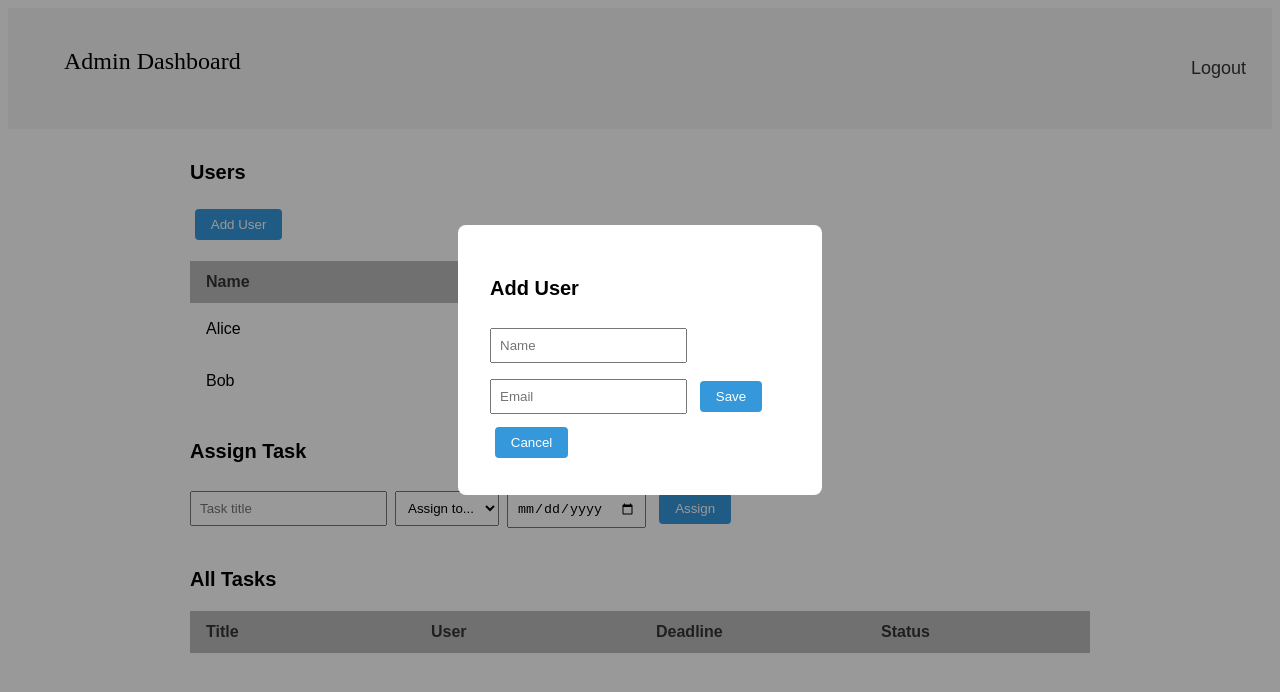
Repository: Edmund-Kiama/todoPHP
Page: /admin (app in task-manager-frontend/), after clicking the first element matching `section.section > button`
An editor plug-in stored every save of this project. The page is shown before and after the next save, followed by the edit.
The browser window is 1280 px wide. The pictures show the whole page.
The project was rebuilt for these pictures with package versions that can differ from the ones it lists, and the page was loaded fresh each time. Also part of the build but not shown: task-manager-frontend/vite.config.js, task-manager-frontend/src/components/Login/login.css, task-manager-frontend/src/components/Login/Login.vue, task-manager-frontend/src/components/User/UserDashboard.vue.

Above is the page before, as saved 2025-07-12 21:29:59.

### task-manager-frontend/src/App.vue
<script setup>
  import Navbar from './components/Navbar/Navbar.vue';
  import { store } from './store';
</script>

<template>
  <Navbar />
  <router-view />
</template>

### task-manager-frontend/src/router/index.js
import { createRouter, createWebHistory } from 'vue-router';
import Login from '../components/Login/Login.vue';
import AdminDashboard from '../components/Admin/AdminDashboard.vue';
import UserDashboard from '../components/User/UserDashboard.vue';

const routes = [
  { path: '/', name: 'Login', component: Login },
  { path: '/admin', name: 'AdminDashboard', component: AdminDashboard },
  { path: '/user', name: 'UserDashboard', component: UserDashboard }
];

const router = createRouter({
  history: createWebHistory(),
  routes
});

export default router;

### task-manager-frontend/src/components/Navbar/Navbar.vue

<template>
  <nav v-if="store.user.loggedIn" class="navbar">
    <ul>
      <li v-if="user.role === 'admin'">Admin Dashboard</li>
      <li v-if="user.role === 'user'">User Dashboard</li>
      <li><button @click="logout">Logout</button></li>
    </ul>
  </nav>
</template>

<script setup>
  import "./nav.css"
  import { store } from '../../store'
  import { useRouter } from 'vue-router'

  const router = useRouter()

  const user = store.user
  if (!user.loggedIn) router.push('/')

  function logout() {
    store.user.role = null
    store.user.loggedIn = false
    localStorage.removeItem('token')
    router.push('/')
  }
</script>

### task-manager-frontend/src/store.js
import { reactive } from 'vue'

export const store = reactive({
  user: {
    role: "admin",
    loggedIn: true,
    username: null
  },
})

### task-manager-frontend/src/components/Admin/AdminDashboard.vue
<script setup>
  import './admin.css'

  import { ref } from 'vue';

  const users = ref([
    { name: 'Alice', email: 'alice@example.com' },
    { name: 'Bob', email: 'bob@example.com' }
  ]);

  const tasks = ref([]);

  const taskForm = ref({
    title: '',
    user: '',
    deadline: '',
    status: 'Pending'
  });

  const userForm = ref({
    name: '',
    email: ''
  });
  const editingIndex = ref(null);
  const showUserModal = ref(false);

  function assignTask() {
    tasks.value.push({ ...taskForm.value });
    taskForm.value.title = '';
    taskForm.value.user = '';
    taskForm.value.deadline = '';
  }

  function deleteUser(index) {
    users.value.splice(index, 1);
  }

  function openUserForm(user = null, index = null) {
    if (user) {
      userForm.value = { ...user };
      editingIndex.value = index;
    } else {
      userForm.value = { name: '', email: '' };
      editingIndex.value = null;
    }
    showUserModal.value = true;
  }

  function saveUser() {
    if (editingIndex.value !== null) {
      users.value[editingIndex.value] = { ...userForm.value };
    } else {
      users.value.push({ ...userForm.value });
    }
    closeUserForm();
  }

  function closeUserForm() {
    userForm.value = { name: '', email: '' };
    editingIndex.value = null;
    showUserModal.value = false;
  }
</script>
<template>
  <div class="admin-dashboard">
    <!-- Users Section -->
    <section class="section">
      <h3>Users</h3>
      <button @click="openUserForm()">Add User</button>

      <table>
        <tr>
          <th>Name</th><th>Email</th>
        </tr>
        <tr v-for="(user, index) in users" :key="index">
          <td>{{ user.name }}</td>
          <td>{{ user.email }}</td>
          <td>
            <button @click="openUserForm(user, index)">Edit</button>
            <button @click="deleteUser(index)">Delete</button>
          </td>
        </tr>
      </table>
    </section>

    <!-- Task Assignment -->
    <section class="section">
      <h3>Assign Task</h3>
      <form @submit.prevent="assignTask">
        <input v-model="taskForm.title" placeholder="Task title" required />
        <select v-model="taskForm.user" required>
          <option disabled value="">Assign to...</option>
          <option v-for="user in users" :key="user.email" :value="user.email">{{ user.name }}</option>
        </select>
        <input type="date" v-model="taskForm.deadline" required />
        <button type="submit">Assign</button>
      </form>
    </section>

    <!-- Task List -->
    <section class="section">
      <h3>All Tasks</h3>
      <table>
        <tr>
          <th>Title</th><th>User</th><th>Deadline</th><th>Status</th>
        </tr>
        <tr v-for="(task, index) in tasks" :key="index">
          <td>{{ task.title }}</td>
          <td>{{ task.user }}</td>
          <td>{{ task.deadline }}</td>
          <td>{{ task.status }}</td>
        </tr>
      </table>
    </section>

    <!-- Add/Edit User -->
    <div v-if="showUserModal" class="modal">
      <div class="modal-content">
        <h3>{{ editingIndex !== null ? 'Edit' : 'Add' }} User</h3>
        <form @submit.prevent="saveUser">
          <input v-model="userForm.name" placeholder="Name" required />
          <input v-model="userForm.email" placeholder="Email" required />
          <button type="submit">Save</button>
          <button type="button" @click="closeUserForm">Cancel</button>
        </form>
      </div>
    </div>
  </div>
</template>

### task-manager-frontend/src/components/Navbar/nav.css
.navbar {
    background: #f5f5f5;
    padding: 1rem;
}
.navbar ul {
    display: flex;
    justify-content: space-between;
    gap: 1rem;
    list-style: none;
    font-size: x-large;
}

.navbar button {
    text-decoration: none;
    background: none;
    border: none;
    padding: 10px;
    border-radius: 5px;
    color: #333;
    font-size: large;
    transition: all;
    transition-duration: 300ms;
    cursor: pointer;
}
.navbar button:hover {
    background-color:  #3498db;
    color: white;
}

### task-manager-frontend/src/components/Admin/admin.css
.admin-dashboard {
  max-width: 900px;
  margin: 2rem auto;
  font-family: Arial, sans-serif;
}
.admin-dashboard h3{
  font-size: 20px;
}
.admin-dashboard .section {
  margin-top: 2rem;
}
.admin-dashboard button {
  margin: 0.3rem;
  padding: 0.5rem 1rem;
  background: #3498db;
  color: white;
  border: none;
  border-radius: 4px;
  cursor: pointer;
}
.admin-dashboard table {
  width: 100%;
  border-collapse: collapse;
  margin-top: 1rem;
  font-family: sans-serif;
  border: none; /* remove outer border */
}
.admin-dashboard th {
  background-color: #c7c7c7;
}
.admin-dashboard th,
.admin-dashboard td {
  padding: 0.75rem 1rem;
  text-align: left;
  border: none; /* remove inner lines */
  vertical-align: middle;
  min-width: 100px;
}

.admin-dashboard th {
  background-color: #bbbbbb;
  font-weight: bold;
  color: #333;
}

.admin-dashboard td button {
  visibility: hidden;
  background-color: #4DA2F7;
  color: white;
  border: none;
  padding: 2px 10px;
  margin-right: 5px;
  border-radius: 4px;
  cursor: pointer;
  transition: background-color 0.2s ease;
}

.admin-dashboard button:hover {
  background-color: #1c74d9;
}

.admin-dashboard tr:hover td button {
  visibility: visible;
}

.admin-dashboard tr:hover {
  background-color: #f0f8ff;
}

.admin-dashboard input, .admin-dashboard select {
  padding: 0.5rem;
  margin: 0.5rem 0.5rem 0.5rem 0;
}

.admin-dashboard .modal {
  position: fixed;
  top: 0; left: 0;
  width: 100vw; height: 100vh;
  background: rgba(0,0,0,0.4);
  display: flex;
  justify-content: center;
  align-items: center;
}

.admin-dashboard .modal-content {
  background: white;
  padding: 2rem;
  border-radius: 8px;
  width: 300px;
}

### task-manager-frontend/src/components/User/user.css
.user-dashboard {
    max-width: 800px;
    margin: 2rem auto;
    font-family: Arial, sans-serif;
}

.user-dashboard table {
    width: 100%;
    border-collapse: collapse;
    margin-top: 1rem;
}

.user-dashboard th, td {
    padding: 0.6rem;
    border: 1px solid #ccc;
    text-align: left;
}

.user-dashboard button {
    padding: 0.4rem 0.8rem;
    background: #2ecc71;
    color: white;
    border: none;
    border-radius: 4px;
    cursor: pointer;
}

.user-dashboard button:hover {
    background: #27ae60;
}

Loaded but not shown: task-manager-frontend/index.html (common file); task-manager-frontend/src/main.js (common file)

After the next save:
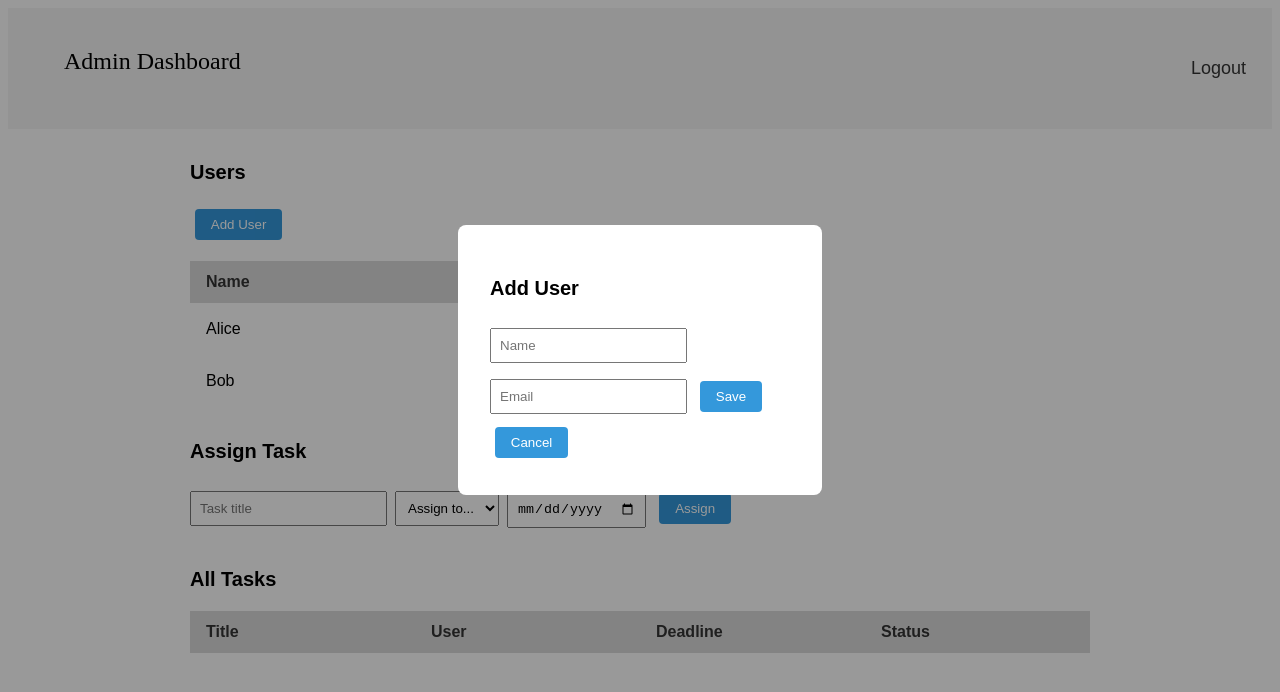
Saved 15 s later.
--- a/task-manager-frontend/src/components/Admin/admin.css
+++ b/task-manager-frontend/src/components/Admin/admin.css
@@ -38,14 +38,14 @@
 }
 
 .admin-dashboard th {
-  background-color: #bbbbbb;
+  background-color: #dadada;
   font-weight: bold;
   color: #333;
 }
 
 .admin-dashboard td button {
   visibility: hidden;
-  background-color: #4DA2F7;
+  background-color: #9ebad5;
   color: white;
   border: none;
   padding: 2px 10px;
